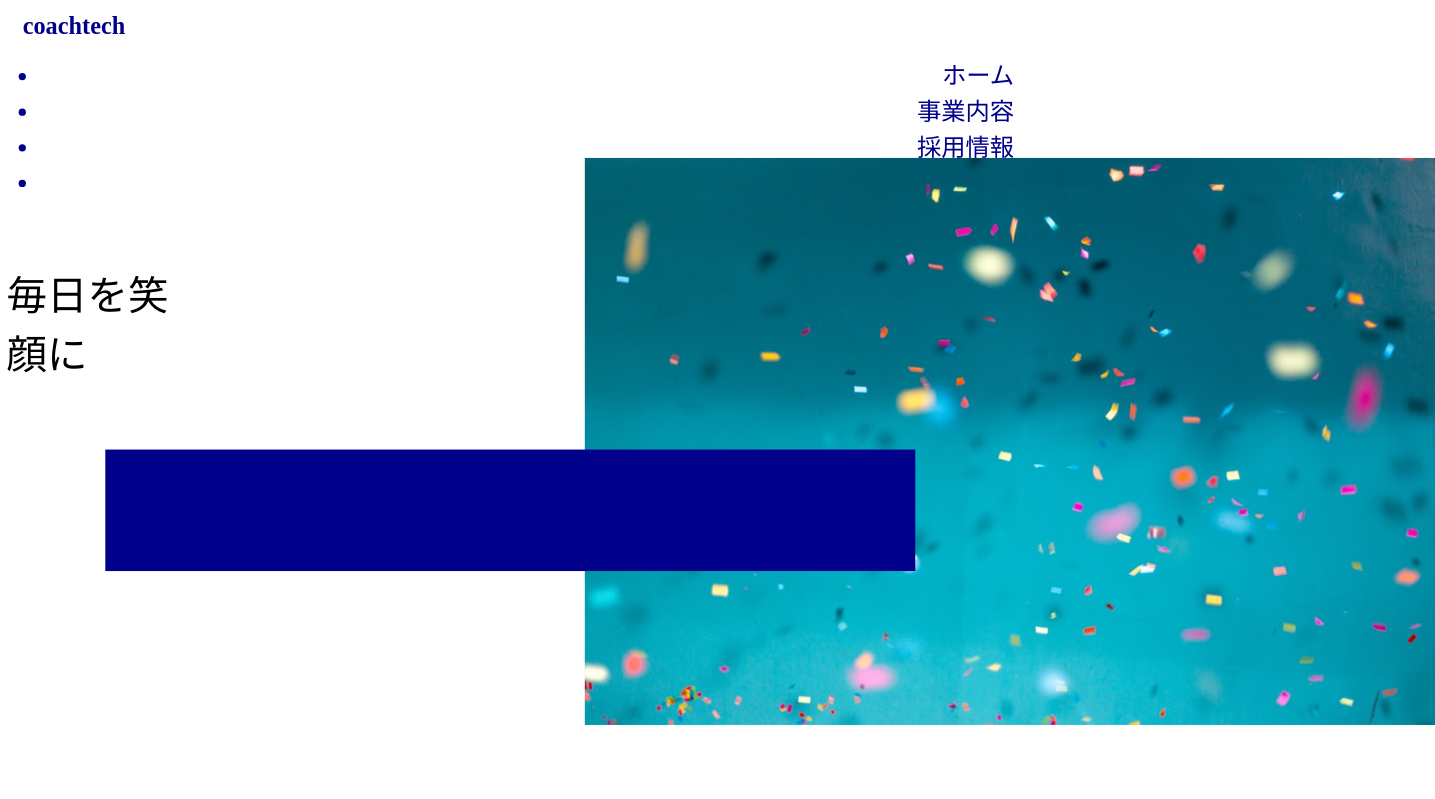
Repository: moro-ayu3/20230213_morohoshi
Page: index.html
These files come from the project's save history. The page is drawn as it stood at one moment and after a run of saves; the edit follows.
The browser window is 1280 px wide. The page is 1772 px wide, so the pictures cover 1772 px, including what lies to the right of the window. The pictures show the whole page, at 81% of full size.

Above is the page before, as saved 2023-02-13 15:39:03.

After the next 4 saves:
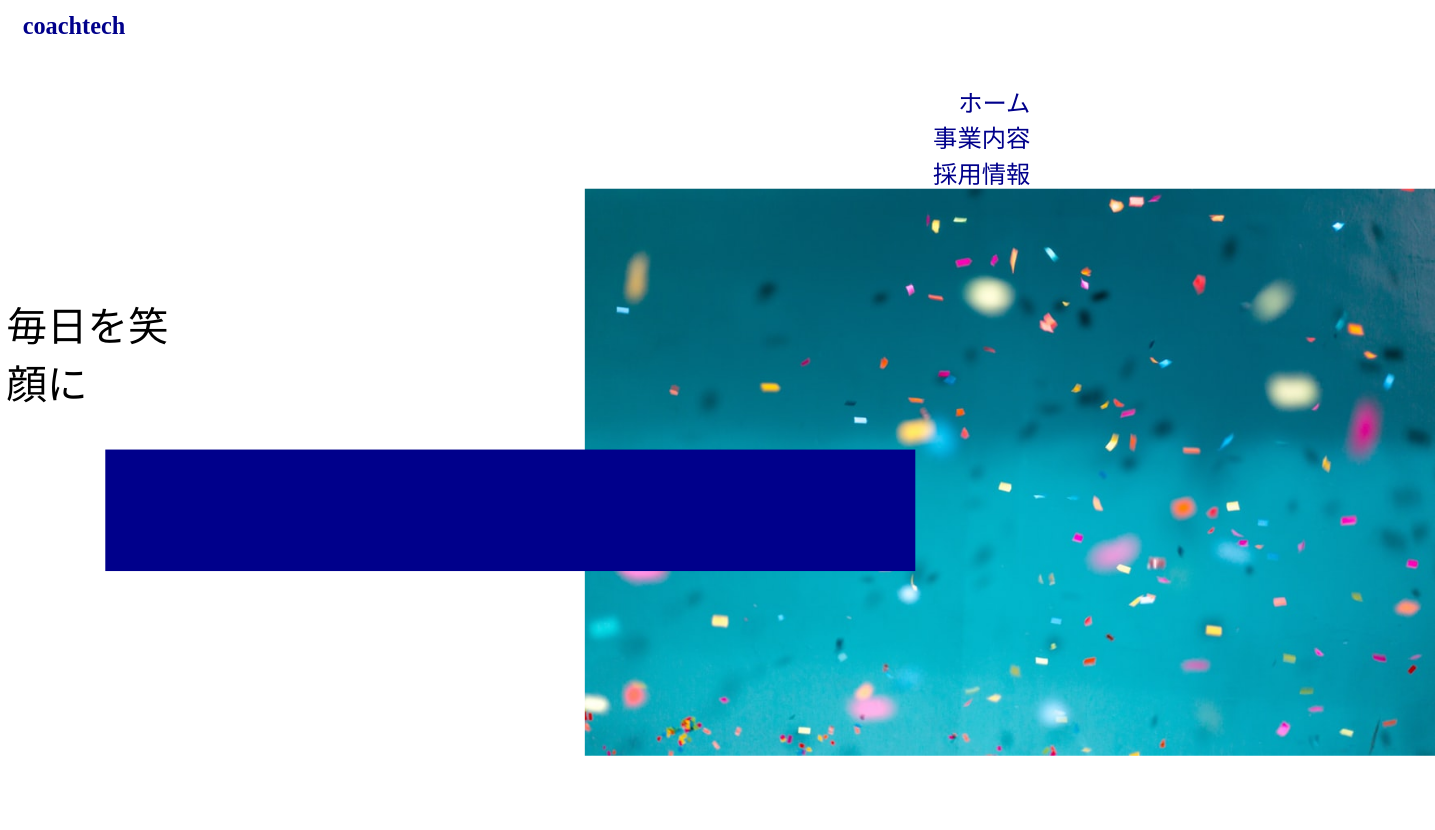
The 4 saves are shown as one change because they came seconds apart.
The last was saved 34 s later.
--- a/style.css
+++ b/style.css
@@ -11,7 +11,7 @@ ul {
   margin-top: 15px;
   margin-right: 20px;
   text-align: right;
-  display: block;
+  display: inline;
 }
 
 .flex {
